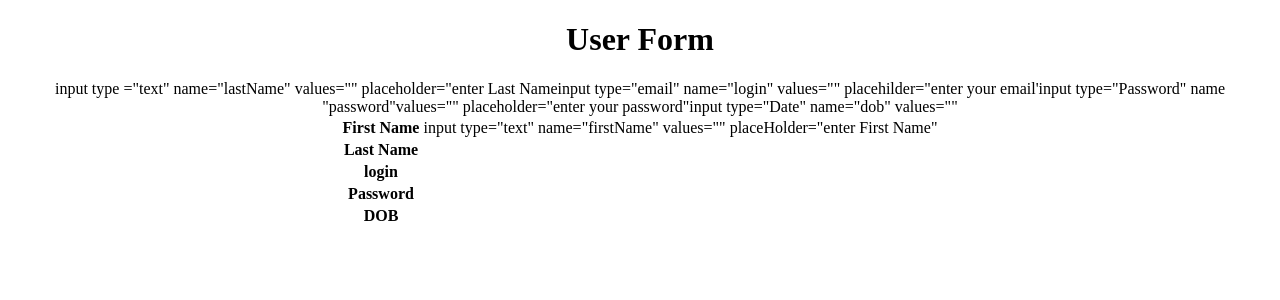
Repository: Deepak9669/JSP-Servlet
Page: http://localhost/Dynamic-Web-Project/Form.jsp
The author's editor kept a copy of each file at every save. The page is drawn from the files as they stood at one save, then again after the next save.
The browser window is 1280 px wide. The pictures show the whole page.
The page is served by Tomcat 9. Other server files are loaded and not shown.

Above is the page before, as saved 2025-09-28 08:06:47.

### Dynamic-Web-Project/WebContent/Form.jsp
<%@ page language="java" contentType="text/html; charset=ISO-8859-1"
    pageEncoding="ISO-8859-1"%>
<!DOCTYPE html>
<html>
<head>
<meta charset="ISO-8859-1">
<title>Insert title here</title>
</head>
<body>
<div align ="center">

  <h1>User Form</h1>
  <form action="">

    <table>
      <tr>

     <th>First Name</th>

     <td>input type="text" name="firstName" values=""
      placeHolder="enter First Name"</td>

      </tr>

      <tr>

       <th>Last Name</th>
        <tb>input type ="text" name="lastName" values=""
          placeholder="enter Last Name</tb>

       </tr>


             <tr>

              <th>login</th>
                <tb>input type="email" name="login" values=""
                  placehilder="enter your email'</tb>
             </tr>

              <tr>
              <th>Password</th>
              <tb>input type="Password" name "password"values=""
               placeholder="enter your password"</tb>

               <tr>
                 <th>DOB</th>
                  <tb>input type="Date" name="dob" values=""</tb>

              </tr>

 </table>
  </form>
   </body>
    </html>
    </div>

After the next save:
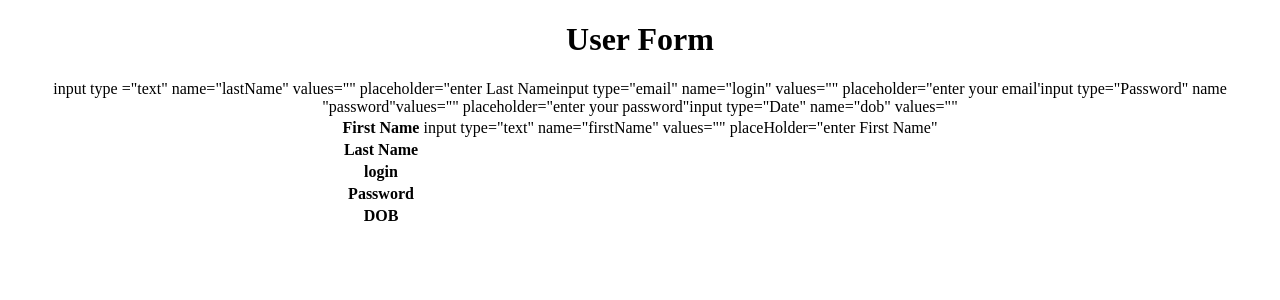
Saved 7 min 59 s later.
--- a/Dynamic-Web-Project/WebContent/Form.jsp
+++ b/Dynamic-Web-Project/WebContent/Form.jsp
@@ -35,7 +35,7 @@
 
               <th>login</th>
                 <tb>input type="email" name="login" values=""
-                  placehilder="enter your email'</tb>
+                  placeholder="enter your email'</tb>
              </tr>
 
               <tr>
@@ -49,8 +49,12 @@
 
               </tr>
 
- </table>
-  </form>
+       </table>
+
+     </form>
+
+    </div>
+
    </body>
-    </html>
-    </div>
+
+  </html>
